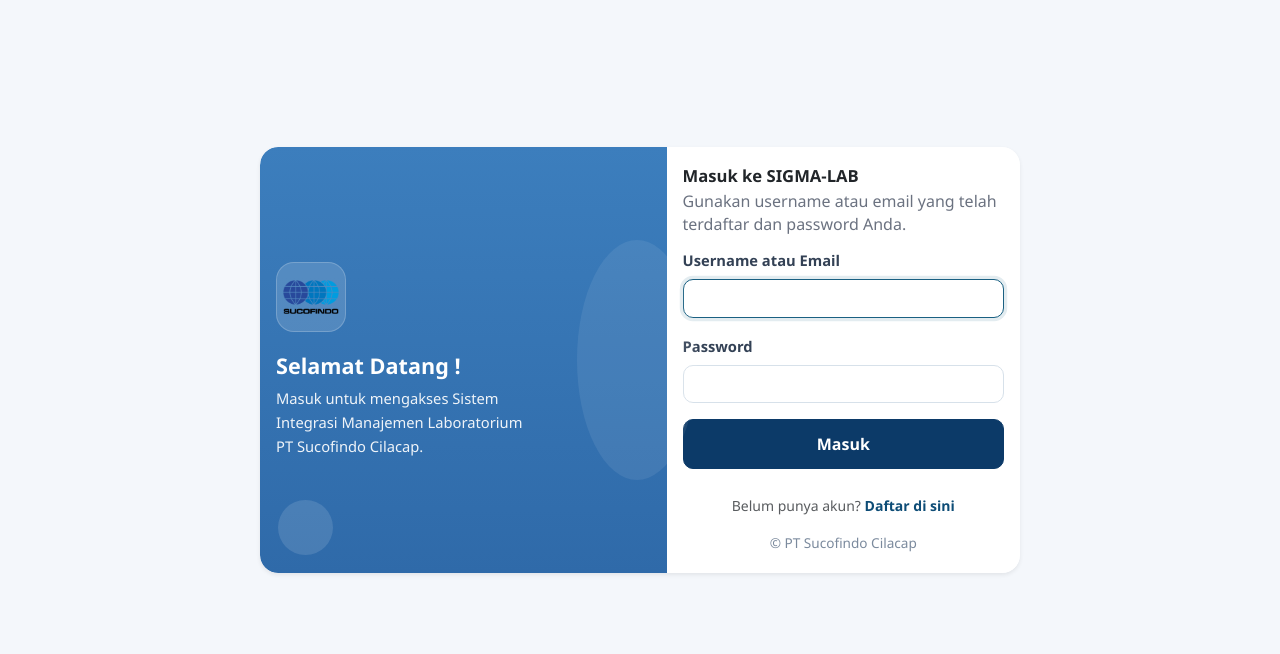
Repository: amelianeesa/sigmalab
Page: http://localhost/login
The author's editor kept a copy of each file at every save. The page is drawn from the files as they stood at one save, then again after the next save.
The browser window is 1280 px wide. The pictures show the whole page.
The page is served by the project's Laravel application, run on PHP 8.4 with Laravel 12.

Above is the page before, as saved 2026-08-06 09:03:55.

After the next save:
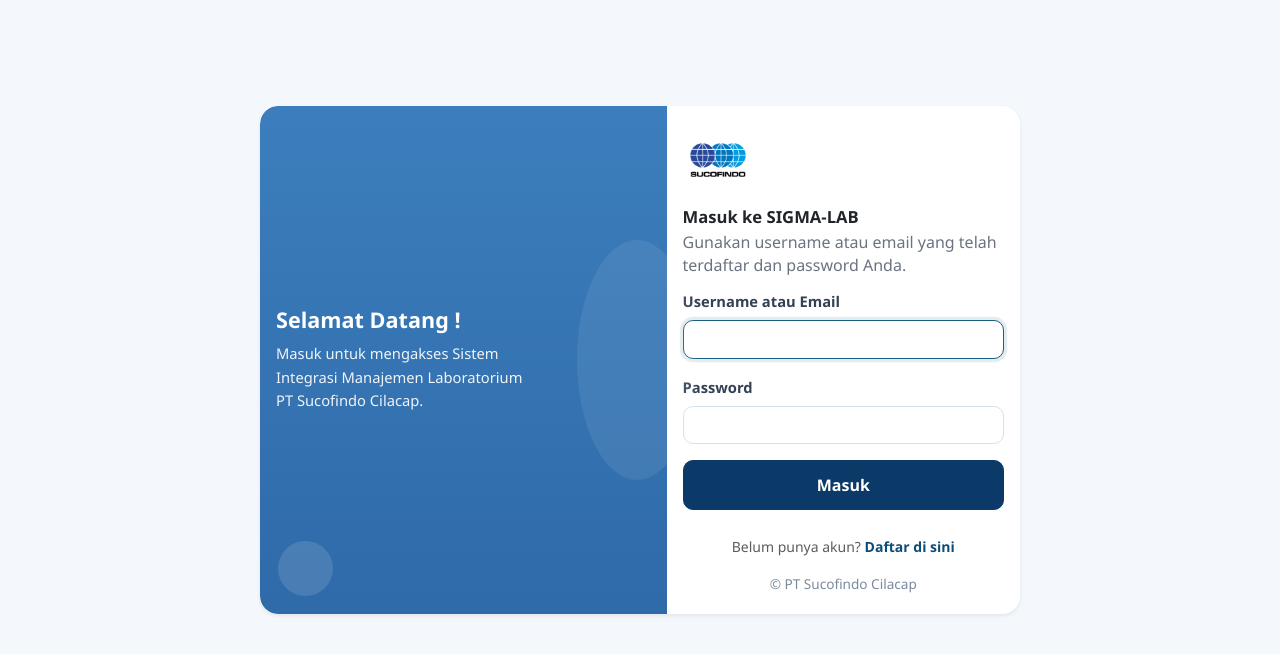
Saved 2 min 39 s later.
--- a/resources/views/auth/login.blade.php
+++ b/resources/views/auth/login.blade.php
@@ -180,15 +180,15 @@
         <div class="card auth-card shadow-sm">
             <div class="auth-row">
                 <div class="auth-side">
-                    <div class="auth-logo-box">
-                        <img src="{{ asset('images/logo.png') }}" alt="Logo Perusahaan">
-                    </div>
                     <h3>Selamat Datang !</h3>
                     <p>Masuk untuk mengakses Sistem Integrasi Manajemen Laboratorium PT Sucofindo Cilacap.</p>
                 </div>
                 <div class="auth-form-panel">
+                    <div class="auth-logo-box auth-logo-right">
+                        <img src="{{ asset('images/logo.png') }}" alt="Logo Perusahaan">
+                    </div>
                     <h4>Masuk ke SIGMA-LAB</h4>
-                    <p>Gunakan username atau email   yang telah terdaftar dan password Anda.</p>
+                    <p>Gunakan username atau email yang telah terdaftar dan password Anda.</p>
 
                     @if(session('success'))
                         <div class="alert alert-success rounded-3">{{ session('success') }}</div>
